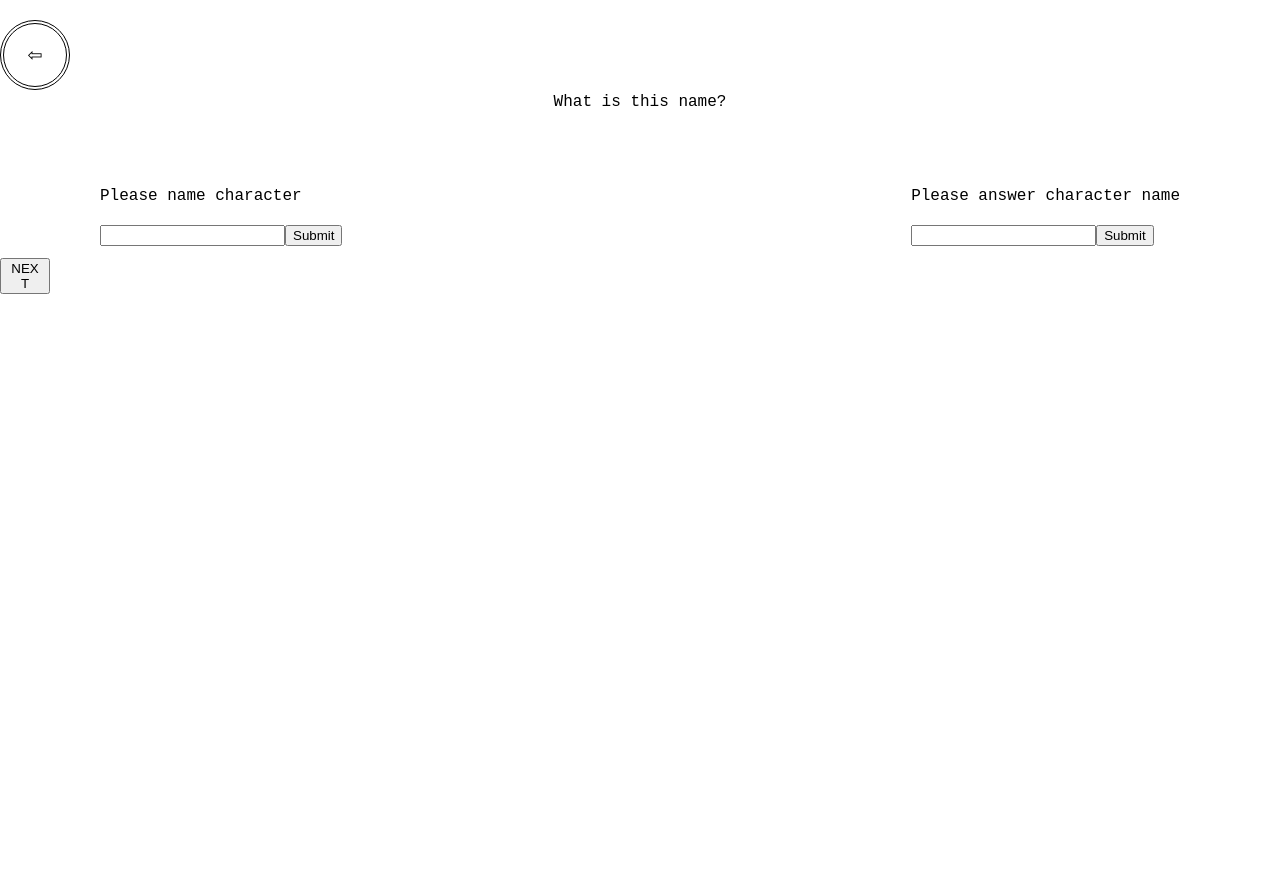
Repository: Mush-s/Folio-OX
Page: /nanmon
An editor plug-in stored every save of this project. The page is shown before and after the next save, followed by the edit.
The browser window is 1280 px wide. The pictures show the whole page.
The page's requests for data from a server got no answer. The project was rebuilt for these pictures with package versions that can differ from the ones it lists, and the page was loaded fresh each time. No one was signed in, and anything a server would have sent is missing. Also part of the build but not shown: src/TicTacToe/AfterGame/AfterGame.css, src/TicTacToe/AfterGame/AfterGame.js, src/TicTacToe/Game/Cell.css, src/TicTacToe/Game/Cell.js, src/TicTacToe/Patterns/Pattern.js, src/TicTacToe/Game/GameButtons/GameButtons.css, src/TicTacToe/Game/GameButtons/GameButtons.js, src/TicTacToe/Game/Game.js and 2 more.

Above is the page before, as saved 2022-09-04 22:48:38.

After the next save:
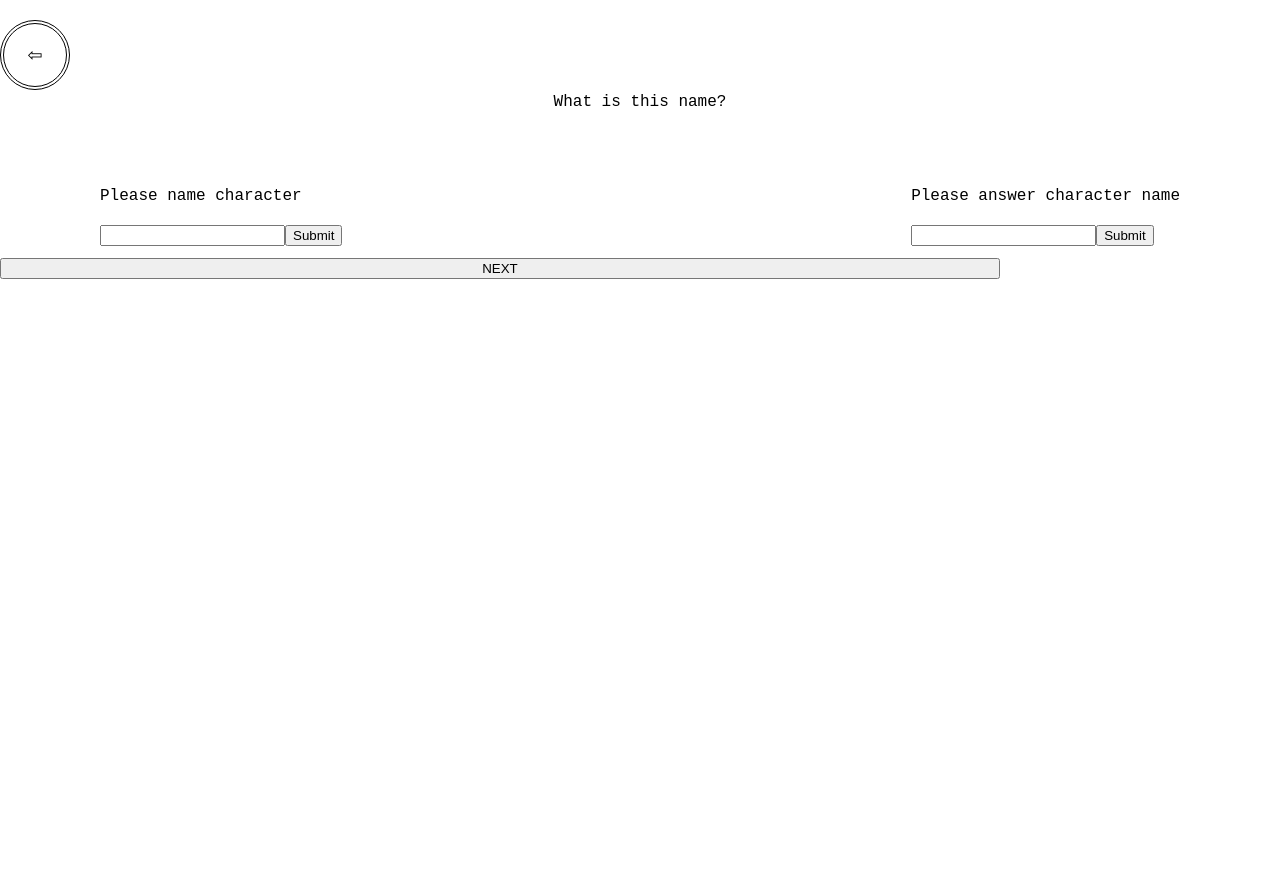
Saved 64 s later.
--- a/src/NanMon/Game/Game1.css
+++ b/src/NanMon/Game/Game1.css
@@ -7,6 +7,6 @@
   margin: 30px 100px 0 100px;
 }
 .next{
-    width:50px;
+    width:1000px;
     margin:10px auto;
 }
